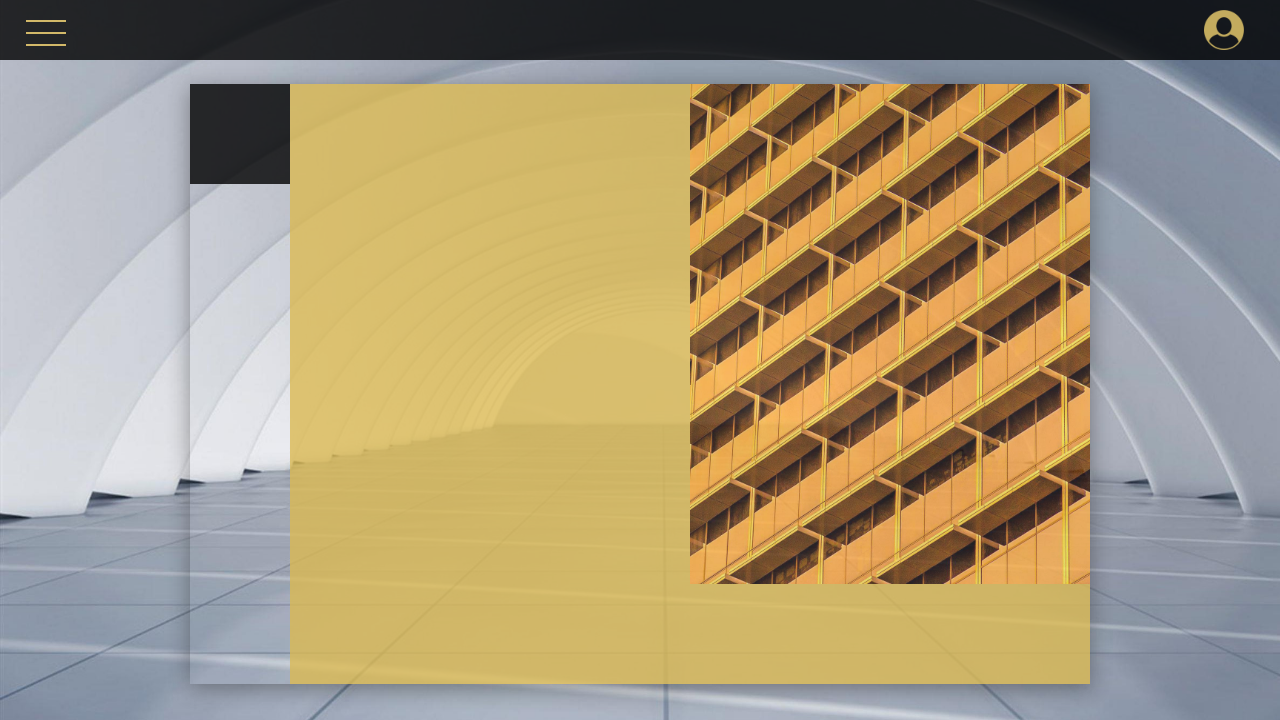
Repository: ustc-hzy/ziYang
Page: login.html
These files come from the project's save history. The page is drawn as it stood at one moment and after the next save; the edit follows.
The browser window is 1280 px wide. The pictures show the whole page.

Above is the page before, as saved 2020-06-19 13:10:37.

After the next save:
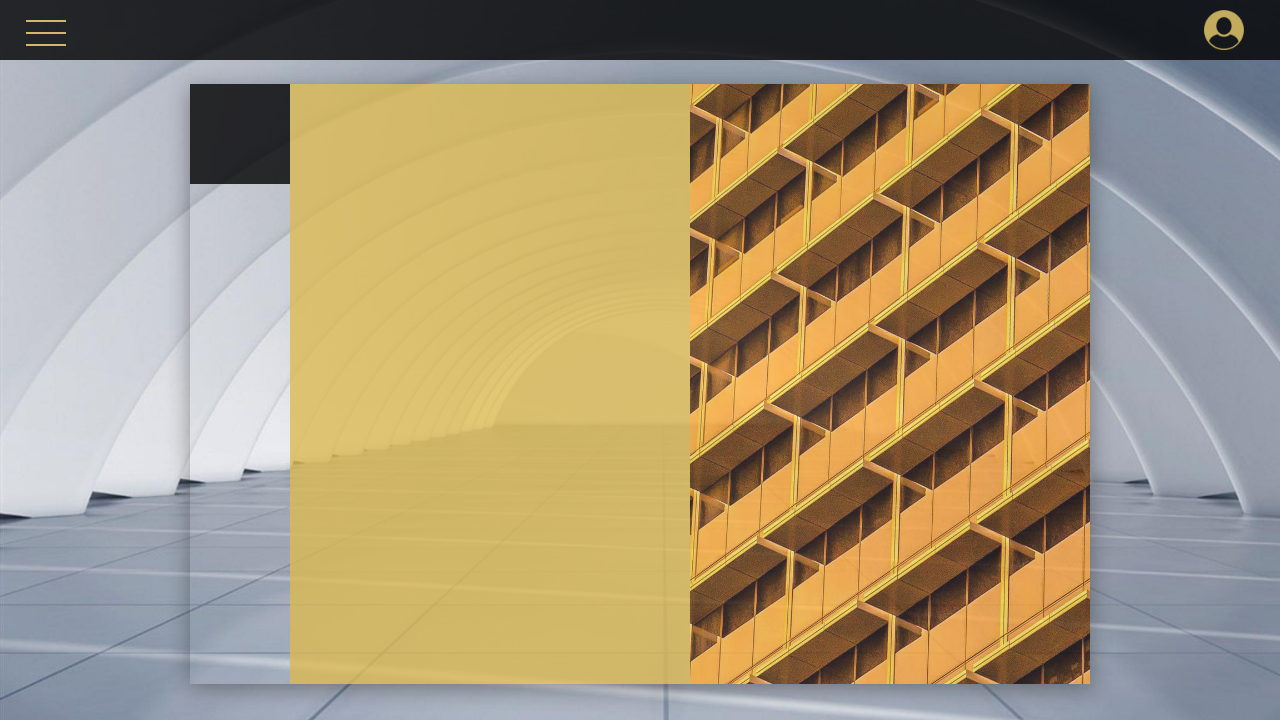
Saved 12 s later.
--- a/login.html
+++ b/login.html
@@ -45,7 +45,7 @@
                 <div class="login-card">
                     <div class="form"></div>
                     <div class="pic">
-                        <img src="img/login.jpg" width="400px">
+                        <img src="img/login.jpg" width="600px">
                     </div>
                 </div>
                 <div class="sgin-card">
